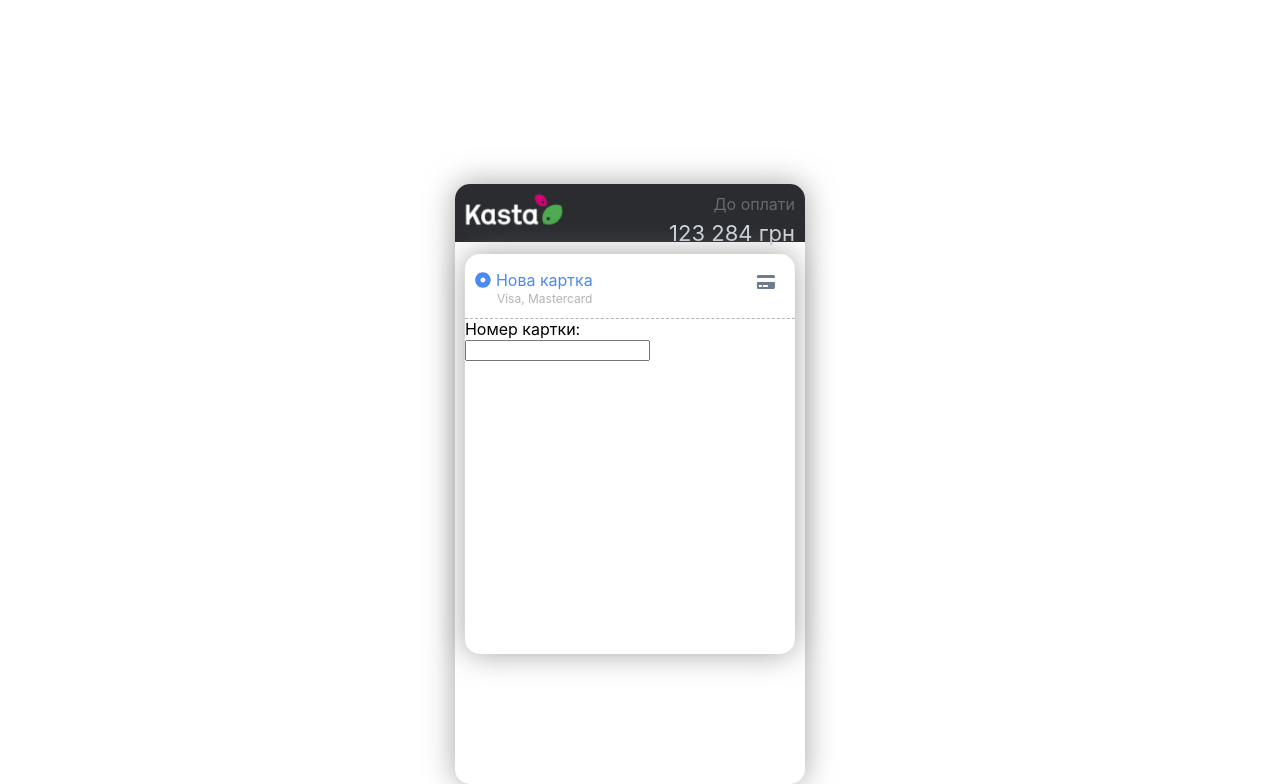
Repository: khamraeva/kasta
Page: /
The author's editor kept a copy of each file at every save. The page is drawn from the files as they stood at one save, then again after the next save.
The browser window is 1280 px wide. The pictures show the whole page.
The project was rebuilt for these pictures with package versions that can differ from the ones it lists, and the page was loaded fresh each time.

Above is the page before, as saved 2020-03-02 17:43:01.

After the next save:
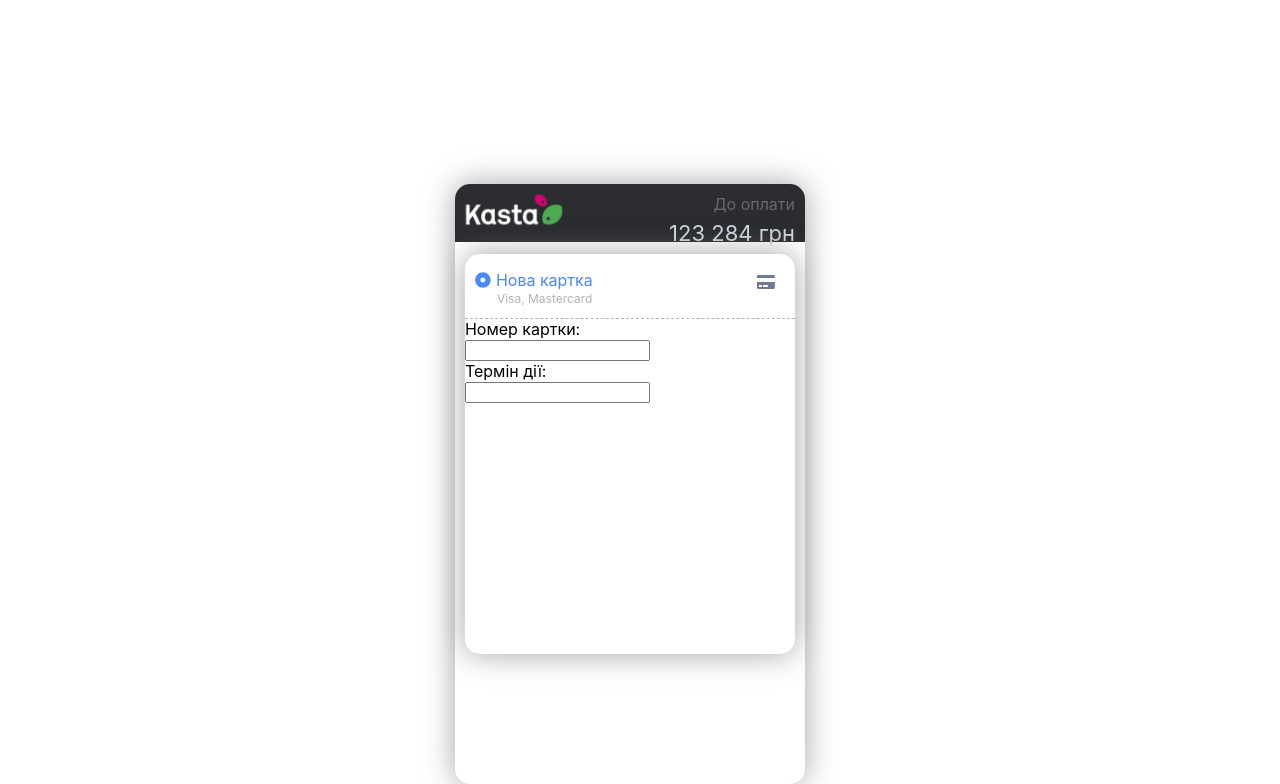
Saved 27 s later.
--- a/src/components/PayForm/PayForm.js
+++ b/src/components/PayForm/PayForm.js
@@ -20,6 +20,10 @@
                         <label>Номер картки:</label><br/>
                         <input type="text" name="card-number" />
                     </div>
+                    <div>
+                        <label>Термін дії:</label><br/>
+                        <input type="text" name="card-number" />
+                    </div>
                 </form>
 
             </div>
